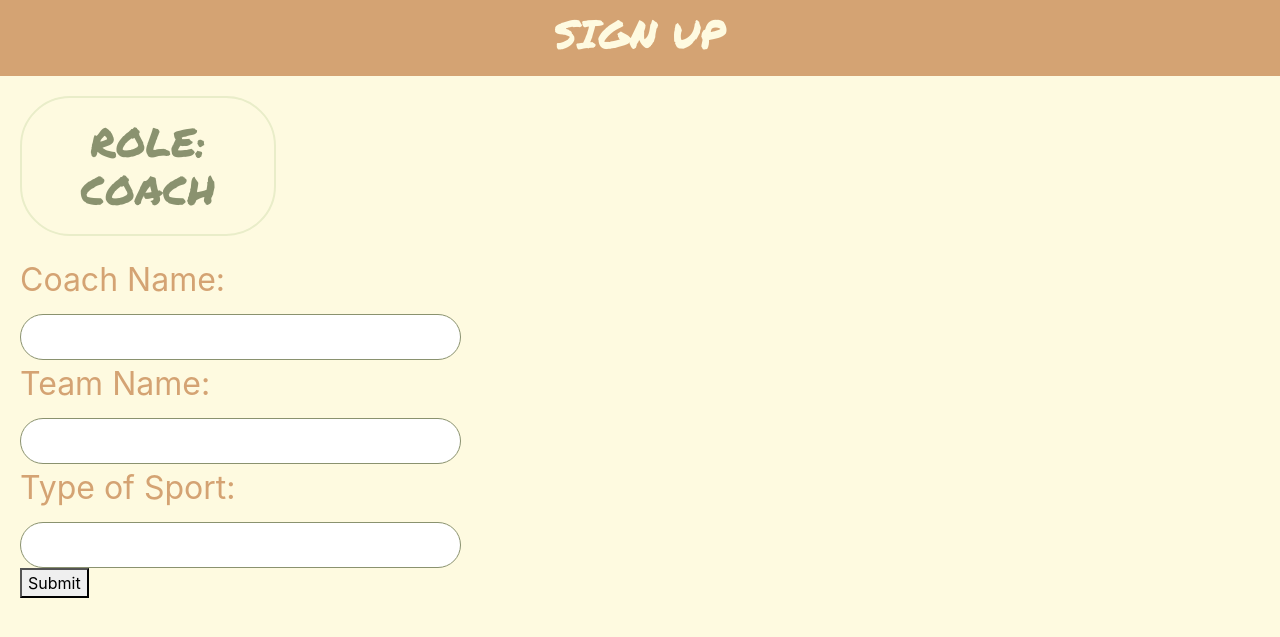
Repository: Aryaholmukhe/treasureHacks
Page: http://localhost/coach
An editor plug-in stored every save of this project. The page is shown before and after the next save, followed by the edit.
The browser window is 1280 px wide. The pictures show the whole page.
The page is served by the project's Node server (server.js). Queries for data that is not in the repository find no rows.

Above is the page before, as saved 2022-03-26 19:52:13.

After the next save:
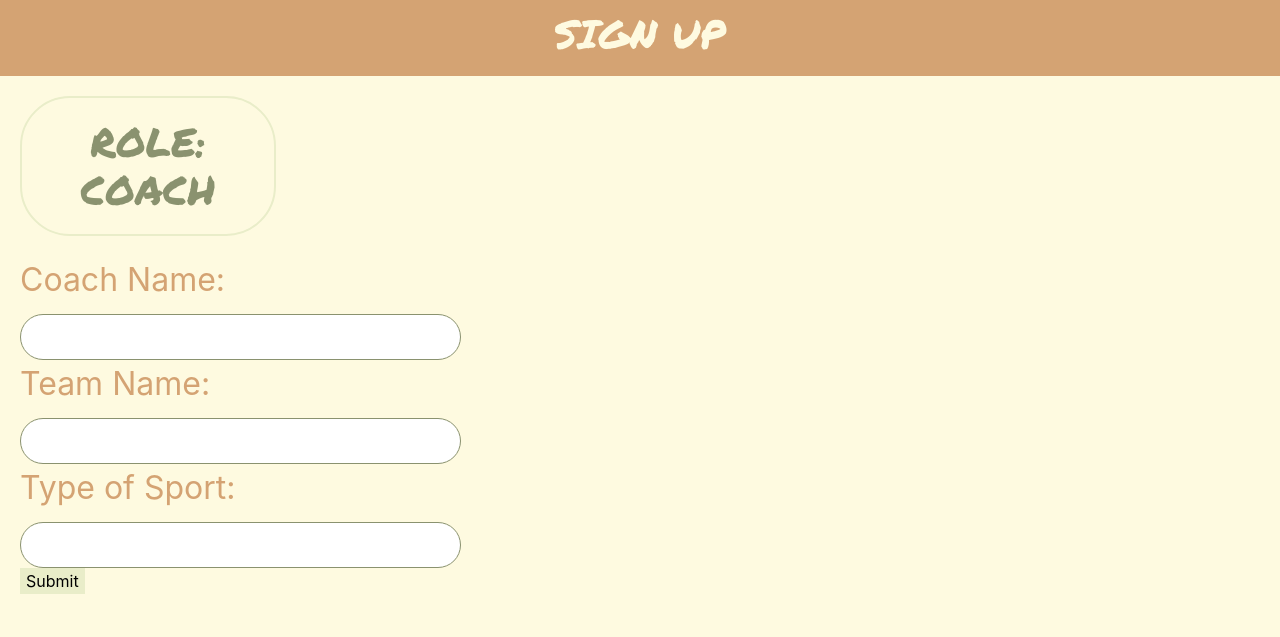
Saved 4 s later.
--- a/views/signup/coach.ejs
+++ b/views/signup/coach.ejs
@@ -38,7 +38,7 @@
 <br>
 
 
-            <button type="submit" class="add" style="border: ">Submit</button>
+            <button type="submit" class="add" style="border: none; background-color: #E9EDC9; ">Submit</button>
         </div>
     </form>
     </div>
